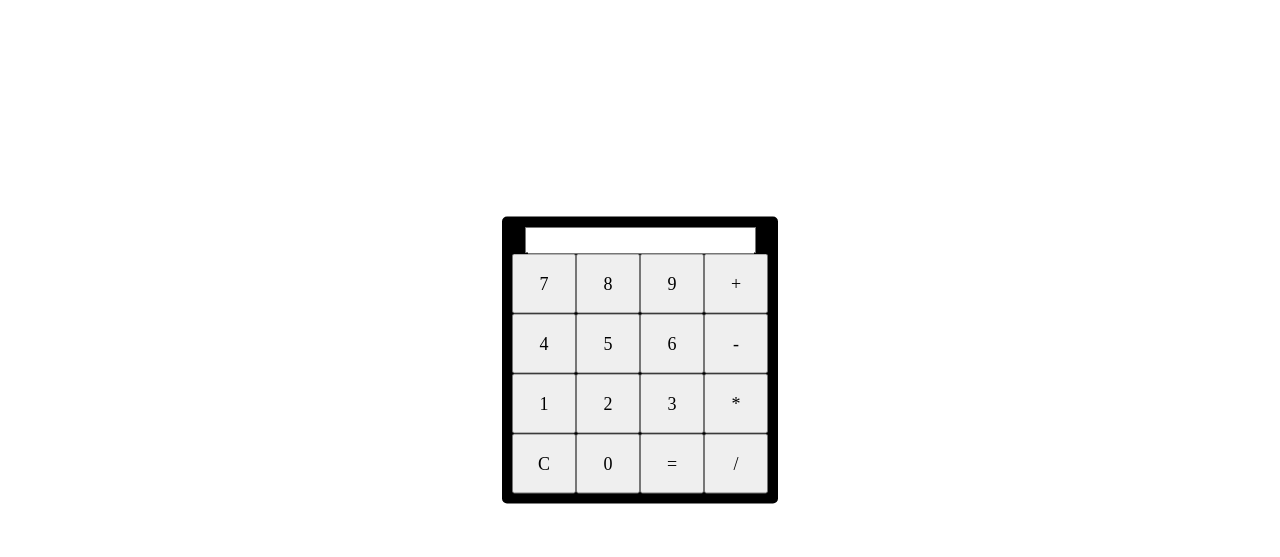
Repository: rajratangm/xcalculator
Page: /
An editor plug-in stored every save of this project. The page is shown before and after a run of saves, followed by the edit.
The browser window is 1280 px wide. The pictures show the whole page.
The project was rebuilt for these pictures with package versions that can differ from the ones it lists, and the page was loaded fresh each time. Also part of the build but not shown: vite.config.js.

Above is the page before, as saved 2024-04-03 11:10:51.

After the next 2 saves:
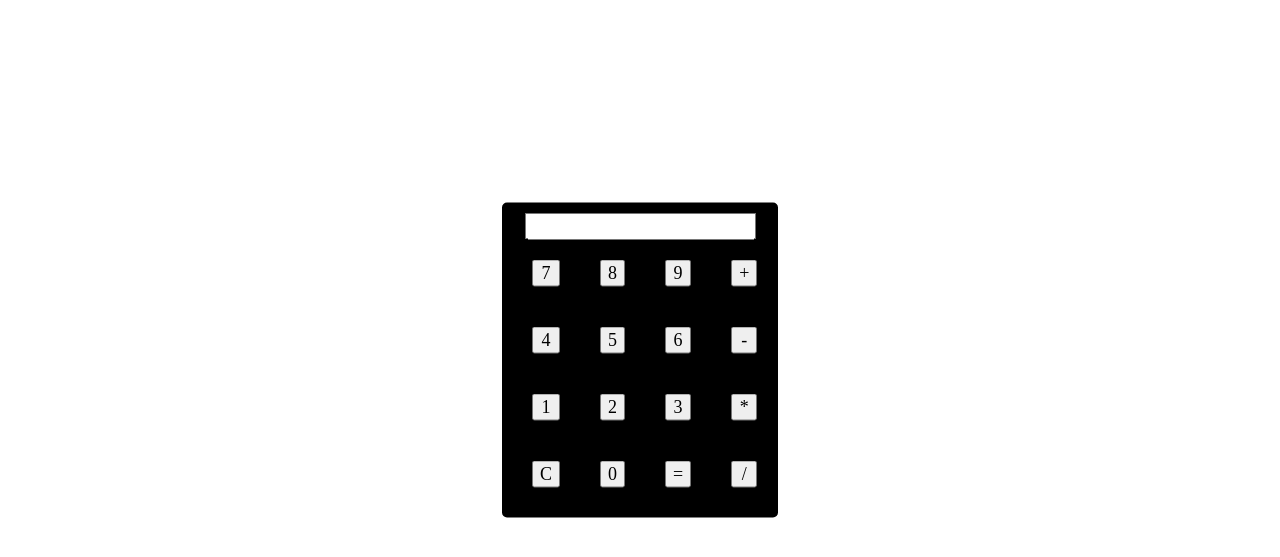
The 2 saves are shown as one change because they came seconds apart.
The last was saved 5 s later.
--- a/src/App.css
+++ b/src/App.css
@@ -39,5 +39,5 @@ body{
 
 
 button{
-  margin:
+  margin: 20px;
 }
